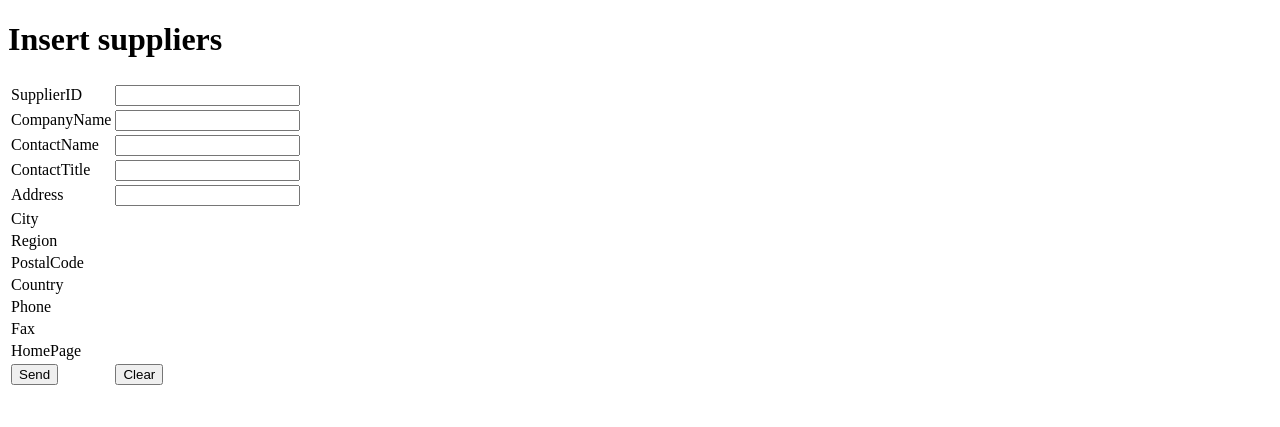
Repository: kaza1509/PRJ301
Page: SE1613/web/addSupplier.html
An editor plug-in stored every save of this project. The page is shown before and after a run of saves, followed by the edit.
The browser window is 1280 px wide. The pictures show the whole page.

Above is the page before, as saved 2022-01-20 14:43:45.

### SE1613/web/addSupplier.html
<!DOCTYPE html>
<html lang="en">
    <head>
        <meta charset="UTF-8">
        <meta http-equiv="X-UA-Compatible" content="IE=edge">
        <meta name="viewport" content="width=device-width, initial-scale=1.0">
        <title>Document</title>
    </head>
    <body>
        <form action="" method="post">
            <table>
                <tr>
                    <h1>Insert suppliers</h1>
                </tr>
                <tr>
                    <td>SupplierID</td>
                    <td>
                        <input type="number" name="SupplierId">
                    </td>
                </tr>
                <tr>
                    <td>CompanyName</td>
                    <td>
                        <input type="text" name="companyName">
                    </td>
                </tr>
                <tr>
                    <td>ContactName</td>
                    <td>
                        <input type="text" name="contactName">
                    </td>
                </tr>
                <tr>
                    <td>ContactTitle</td>
                    <td>
                        <input type="text" name="contactTitle">
                    </td>
                </tr>
                <tr>
                    <td>Address</td>
                    <td>
                        <input type="text" name="address">
                    </td>
                </tr>
                <tr>
                    <td>City</td>
                    <td></td>
                </tr>
                <tr>
                    <td>Region</td>
                    <td></td>
                </tr>
                <tr>
                    <td>PostalCode</td>
                    <td></td>
                </tr>
                <tr>
                    <td>Country</td>
                    <td></td>
                </tr>
                <tr>
                    <td>Phone</td>
                    <td></td>
                </tr>
                <tr>
                    <td>Fax</td>
                    <td></td>
                </tr>
                <tr>
                    <td>HomePage</td>
                    <td></td>
                </tr>
                <tr>
                    <td>
                        <input type="submit" value="Send">
                    </td>
                    <td>
                        <input type="reset" value="Clear">
                    </td>
                </tr>
            </table>
        </form>
    </body>
</html>

After the next 3 saves:
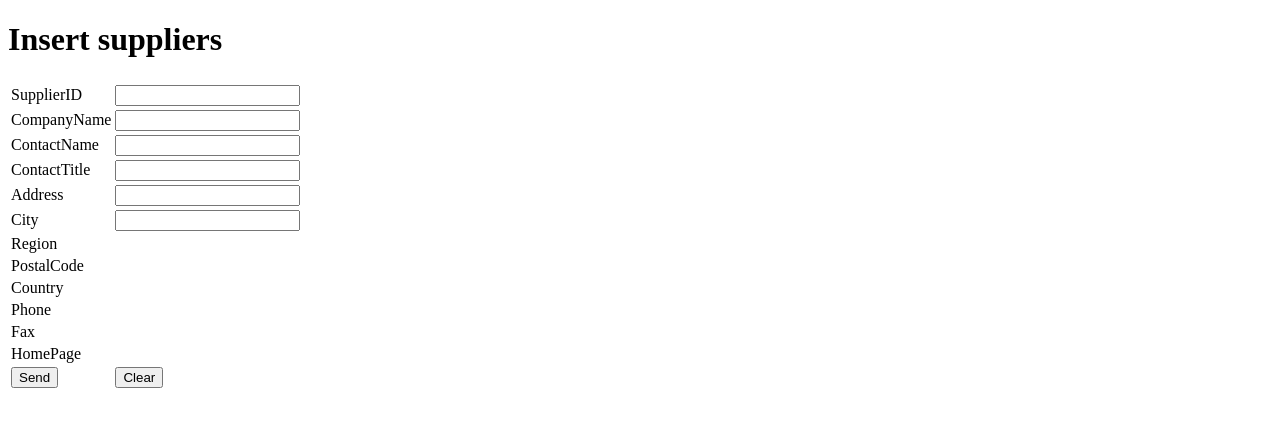
The 3 saves are shown as one change because they came seconds apart.
The last was saved 11 s later.
--- a/SE1613/web/addSupplier.html
+++ b/SE1613/web/addSupplier.html
@@ -44,7 +44,9 @@
                 </tr>
                 <tr>
                     <td>City</td>
-                    <td></td>
+                    <td>
+                        <input type="text" name="city">
+                    </td>
                 </tr>
                 <tr>
                     <td>Region</td>
